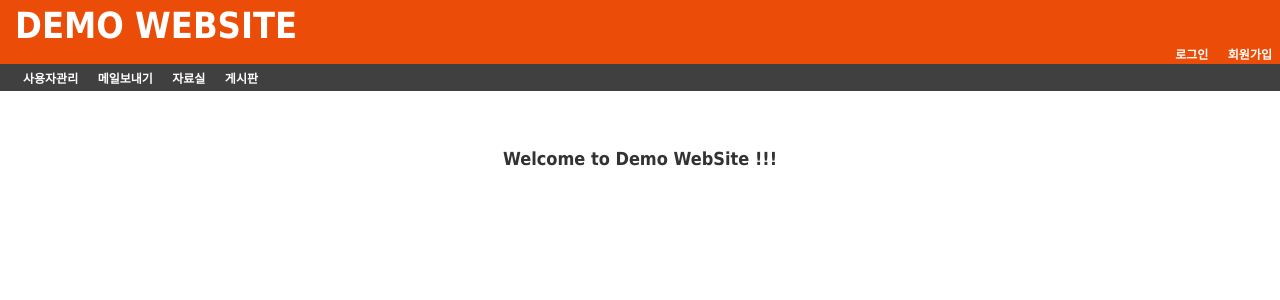
Repository: shin-yj/java
Page: http://localhost/demoweb/home.action
The author's editor kept a copy of each file at every save. The page is drawn from the files as they stood at one save, then again after the next save.
The browser window is 1280 px wide. The pictures show the whole page.
The page is served by Tomcat 9.

Above is the page before, as saved 2020-08-05 08:53:11.

After the next save:
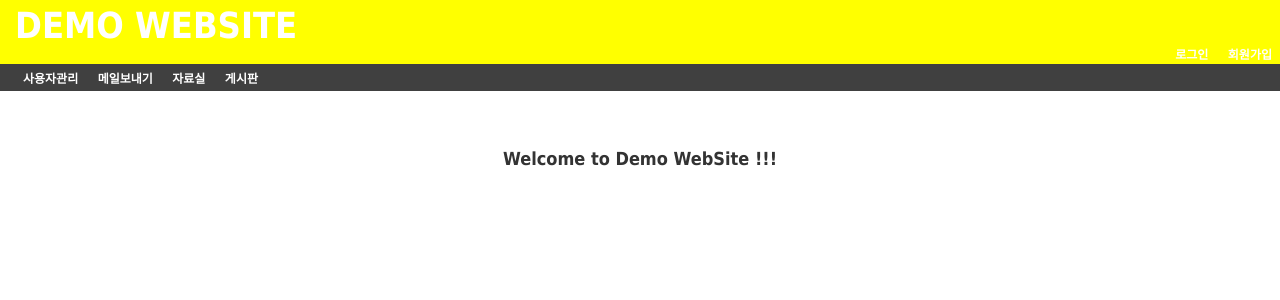
Saved 76 s later.
--- a/java/demoweb/WebContent/WEB-INF/views/module/header.jsp
+++ b/java/demoweb/WebContent/WEB-INF/views/module/header.jsp
@@ -1,7 +1,7 @@
 <%@ page language="java" contentType="text/html; charset=utf-8"
     pageEncoding="utf-8"%>
     <!-- 재사용할 내용  -->
-		<div id="header">
+		<div id="header" style='background-color:yellow'>
             <div class="title">
                 <a href="/demoweb/home.action">DEMO WEBSITE</a>
             </div>
